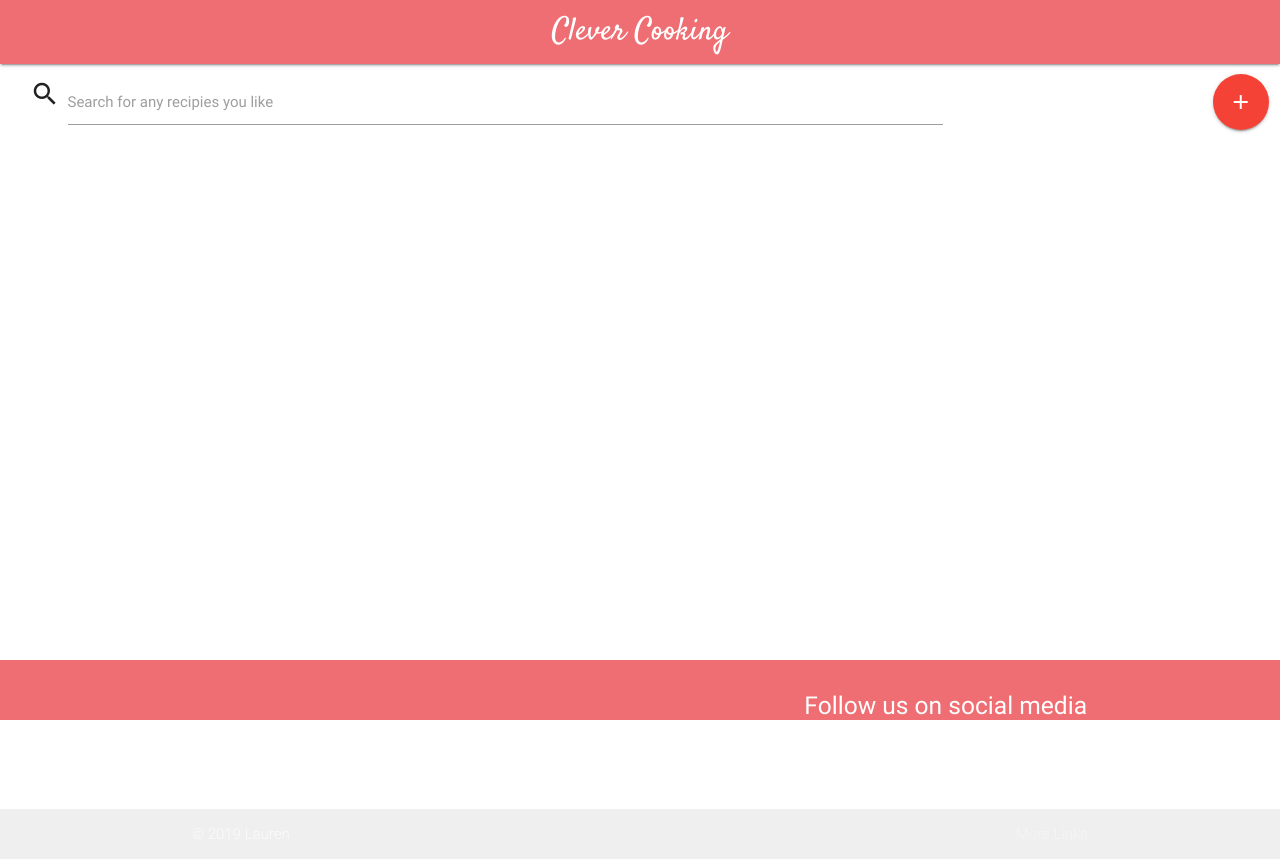
Repository: Code-Institute-Submissions/online-recipe-cookbook
Page: http://localhost/
The author's editor kept a record of every edit. The page is drawn from the files as they stood at one moment, then again after the next edit.
The browser window is 1280 px wide. The pictures show the whole page.
Some web libraries are served in a nearby version. The page is served by the project's application, run on Flask 3 (app.py). Queries for data that is not in the repository find no rows.

Above is the page before.

### templates/home.html
{% extends 'base.html' %}
{% block content %}
<!DOCTYPE html>
<html>
    <head>

    </head>
    <body>
        <div class="row">

            <div class="col s12">
              <div class="row">
                <div class="input-field col s9">
                  <i class="center-align material-icons prefix">search</i>
                  <input method="POST" action="{{url_for('get_recipe_names')}}" type="text" id="autocomplete-input" class="autocomplete">
                  <label for="autocomplete-input">Search for any recipies you like</label>
                </div>
                <a href="{{url_for('add_recipe')}}" class="btn-floating right-align btn-large waves-effect waves-light red" style="float: right; margin-top: 10px"><i class="material-icons">add</i></a>
              </div>
            </div>
         </div>
        <div class="row">
         {% for recipe in recipes %}

             <div class="card col s12 m6 l4">
                <div class="card-image waves-effect waves-block waves-light">
                  <img class="activator" src={{ recipe.image_link}}>
                </div>
                <div class="card-content">
                  <span class="card-title activator grey-text text-darken-4">{{ recipe.recipe_name }}<i class="material-icons right">more_vert</i></span>
                  <p><a href="{{url_for('show_recipe', recipe_id=recipe._id)}}">View full recipe</a></p>
                </div>
                <div class="card-reveal">
                  <span class="card-title grey-text text-darken-4">{{ recipe.recipe_name }}<i class="material-icons right">close</i></span>
                  <p>{{recipe.ingredients}}</p>
                  <span><a href="{{ url_for('edit_recipe', recipe_id=recipe._id)}}"><i class="material-icons right">edit</i></a></span>
                </div>
         </div>

         {% endfor %}

                 </div>
    </body>
</html>
{% endblock %}

### templates/base.html
<!DOCTYPE html>
<html>

<head>
    <link href="https://fonts.googleapis.com/icon?family=Material+Icons" rel="stylesheet">
    <link rel="stylesheet" href="https://cdnjs.cloudflare.com/ajax/libs/materialize/0.100.2/css/materialize.min.css">
    <link rel="stylesheet" href="{{url_for('static', filename='css/style.css')}}" type="text/css"/>
    <link rel="stylesheet" href="https://cdnjs.cloudflare.com/ajax/libs/font-awesome/4.7.0/css/font-awesome.min.css">
</head>

<body>
    <header>
      <nav>
        <div class="nav-wrapper">
          <a href="{{url_for('get_top_recipes')}}" class="brand-logo center">Clever Cooking</a>
        </div>
      </nav>
    </header>
    {% block content %}

    {% endblock %}

    <script src="https://cdnjs.cloudflare.com/ajax/libs/jquery/3.2.1/jquery.min.js"></script>
    <script src="https://cdnjs.cloudflare.com/ajax/libs/materialize/0.100.2/js/materialize.min.js"></script>
    <script type="text/javascript">
    $(document).ready(function(){
    $('.modal').modal();

    function sendItem(val) {
        return val;
    }
    $(function () {
            $('input.autocomplete').autocomplete({
                data: {

                    "Apple": null,
                    "Microsoft": null,
                    "Google": 'http://placehold.it/250x250'
                },
                onAutocomplete: function(txt) {
                   var query = "/"+txt;
                   window.location.pathname="/search_recipe"+query
                    //window.location += query;
                  console.log(window.location)
                  sendItem(txt);
                },
                limit: 20, // The max amount of results that can be shown at once. Default: Infinity.
            });

    });

  });
    </script>

</body>
<footer class="page-footer">
          <div class="container">
            <div class="row">
              <div class="col l6 s12">
                </div>
              <div class="col l4 offset-l2 s12">
                <h5 class="white-text">Follow us on social media</h5>

                  <a href="#"><i class="fa fa-facebook fa-2x"></i></a>
          				<a href="#" ><i class="fa fa-twitter fa-2x"></i></a>
          				<a href="#" ><i class="fa fa-instagram fa-2x"></i></a>
          				<a href="#" ><i class="fa fa-youtube fa-2x"></i></a>
          				<a href="#"> <i class="fa fa-snapchat fa-2x"></i> </a>


              </div>
            </div>
          </div>
          <div class="footer-copyright">
            <div class="container">
            © 2019 Lauren
            <a class="grey-text text-lighten-4 right" href="#!">More Links</a>
            </div>
          </div>
        </footer>
</html>

### app.py
import os
from flask import Flask, render_template, redirect, request, url_for
from flask_pymongo import PyMongo
from bson.objectid import ObjectId

app = Flask(__name__)
app.config["MONGO_DBNAME"] = 'cookbookDb'
#app.config["MONGO_URI"] = os.getenv('MONGO_URI', 'mongodb://localhost')
app.config["MONGO_URI"]="mongodb+srv://root-user96:r00tUser96@myfirstcluster-ehz2d.mongodb.net/cookbookDb?retryWrites=true&w=majority"


mongo = PyMongo(app)

@app.route('/')
@app.route('/get_top_recipes')
def get_top_recipes():

    recipe_list = mongo.db.recipes.find().sort([( "likes", -1 )])
    return render_template("home.html", recipes=recipe_list)

@app.route('/search_recipe/<recipe_term>')
def search_recipe(recipe_term):
    q = ".*"+recipe_term +".*";
    defined_recipe_list = mongo.db.recipes.find({"dietary_needs":{'$regex': q }});
    if defined_recipe_list.count() == 0:
        return render_template('no_results.html')

    return render_template('home.html', recipes=defined_recipe_list)
@app.route('/edit_recipe/<recipe_id>')
def edit_recipe(recipe_id):
    the_recipe = mongo.db.recipes.find_one({"_id": ObjectId(recipe_id)})
    return render_template('edit_recipe.html', recipe=the_recipe)

@app.route('/show_recipe/<recipe_id>')
def show_recipe(recipe_id):
    the_recipe = mongo.db.recipes.find_one({"_id": ObjectId(recipe_id)})
    recipe_comments = mongo.db.comments.find({"_recipe_id": ObjectId(recipe_id)})
    return render_template('show_recipe.html', recipe=the_recipe, comments=recipe_comments)

@app.route('/delete_recipe/<recipe_id>')
def delete_recipe(recipe_id):
    mongo.db.recipes.remove({'_id': ObjectId(recipe_id)})
    return redirect(url_for('get_top_recipes'))

@app.route('/add_like_to_recipe/<recipe_id>', methods=['GET'])
def add_like_to_recipe(recipe_id):
    recipes = mongo.db.recipes

    recipes.update(
        {'_id': ObjectId(recipe_id)},
        { '$inc': { 'likes': +1} }
    )

    return redirect(url_for('show_recipe', recipe_id=recipe_id))

@app.route('/add_comment_to_recipe/<recipe_id>', methods=['POST'])
def add_comment_to_recipe(recipe_id):
    recipes = mongo.db.recipes
    comments = mongo.db.comments

    commentdict = { "username": request.form.get('username'), "comment": request.form.get('comment'), "_recipe_id":ObjectId(recipe_id)}
    comments.insert_one(commentdict)

    return redirect(url_for('show_recipe', recipe_id=recipe_id))

@app.route('/update_recipe/<recipe_id>', methods=['POST'])
def update_recipe(recipe_id):
    recipes = mongo.db.recipes
    recipes.update({'_id': ObjectId(recipe_id)},
    {
        'recipe_name':request.form.get('recipe_name'),
        'prep_time':request.form.get('prep_time'),
        'cook_time':request.form.get('cook_time'),
        'ingredients':request.form.get('ingredients'),
        #'cuisine':request.form.get('cuisine'),
        'method_steps':request.form.get('method_steps'),
        'tools_used':request.form.get('tools_used'),
        'image_link':request.form.get('image_link')
    })
    return redirect(url_for('get_top_recipes'))

@app.route('/insert_recipe', methods=['POST'])
def insert_recipe():
    recipes = mongo.db.recipes
    recipe_info = request.form.to_dict();
    recipe_info['likes'] = 0
    recipes.insert_one(recipe_info)
    return redirect(url_for('get_top_recipes'))

@app.route('/add_recipe')
def add_recipe():
    return render_template("add_recipe.html")

@app.route('/get_recipe_names')
def get_recipe_names():
    return render_template("index.html", names=mongo.db.recipe_names.find())

if __name__ == '__main__':
    app.run(host=os.environ.get('IP'),
            port=int(os.environ.get('PORT')),
            debug=True)

### static/css/style.css
@import url('https://fonts.googleapis.com/css?family=Satisfy&display=swap');
.fa {
  color: white;
  padding: .5em;
  font-size: 2em;
  width: 1em;
  text-decoration: none;
}

.nav-wrapper{
  font-family: 'Satisfy', cursive;
  font-size: 20px;
}

h4{
    font-family: 'Satisfy', cursive;
    font-style: normal;
    font-weight: bold;
    color: #ee6e73;
  font-size: 30px;
}
.btn{
  background-color: #ee6e73;
}
.card{
  padding-left: 1em;
  padding-right: 1em;
}

footer {
   position:absolute;
   bottom:0;
   width:100%;
   height:60px;   /* Height of the footer */
   background:#6cf;
}

After the next edit:
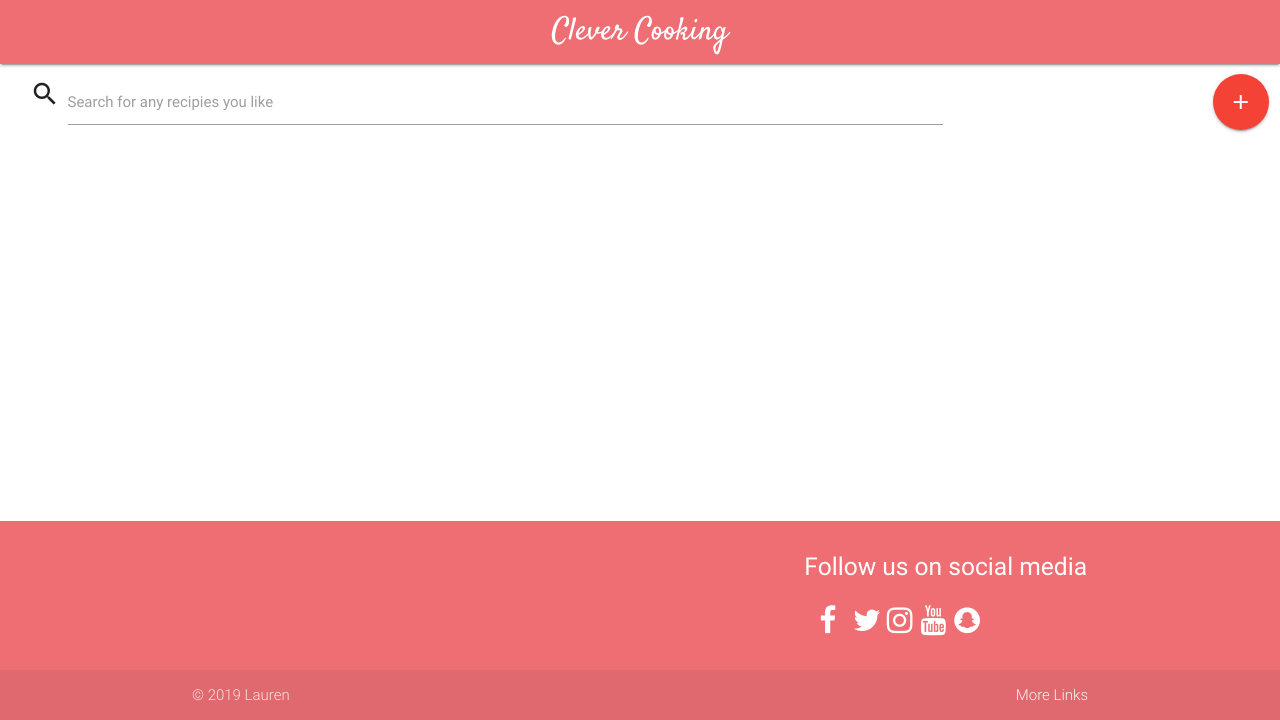
The edit:
--- a/static/css/style.css
+++ b/static/css/style.css
@@ -28,9 +28,8 @@
 }
 
 footer {
-   position:absolute;
-   bottom:0;
-   width:100%;
-   height:60px;   /* Height of the footer */
-   background:#6cf;
+   position: fixed;
+   bottom: 0;
+   width: 100%;
+   margin-top: auto;
 }
